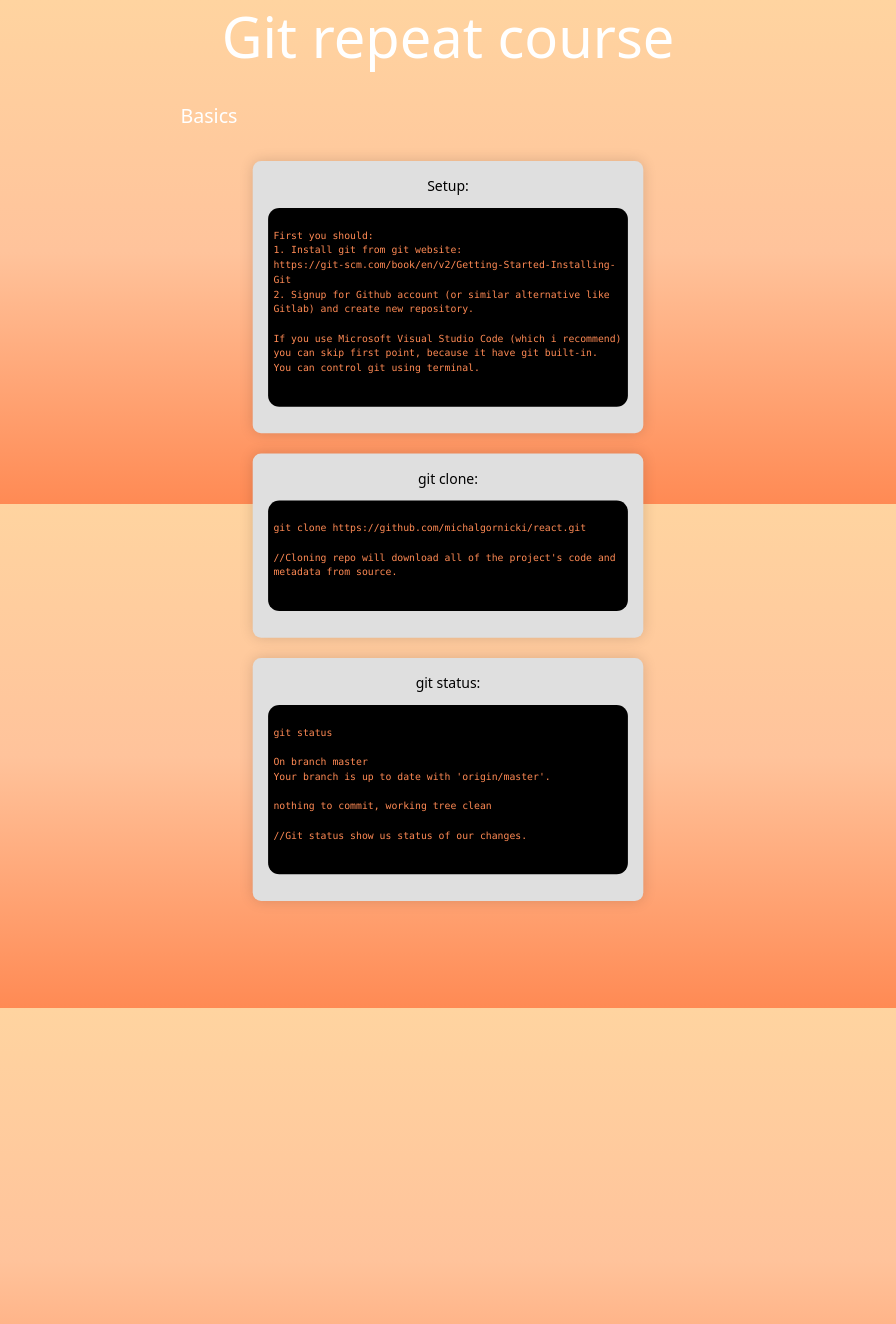
Repository: michalgornicki/git
Page: /
These files come from the project's save history. The page is drawn as it stood at one moment and after a run of saves; the edit follows.
The browser window is 1280 px wide. The pictures show the whole page, at 70% of full size.
Backgrounds fixed to the window are drawn as part of the page. The project was rebuilt for these pictures with package versions that can differ from the ones it lists, and the page was loaded fresh each time. Imported but missing from the stored project, and not drawn on this page: src/components/DOM manipulation.jsx, src/components/async.jsx, src/components/loops.jsx, src/components/numbers.jsx, src/components/variables.jsx, src/components/window.jsx.

Above is the page before, as saved 2022-02-10 08:02:34.

After the next 4 saves:
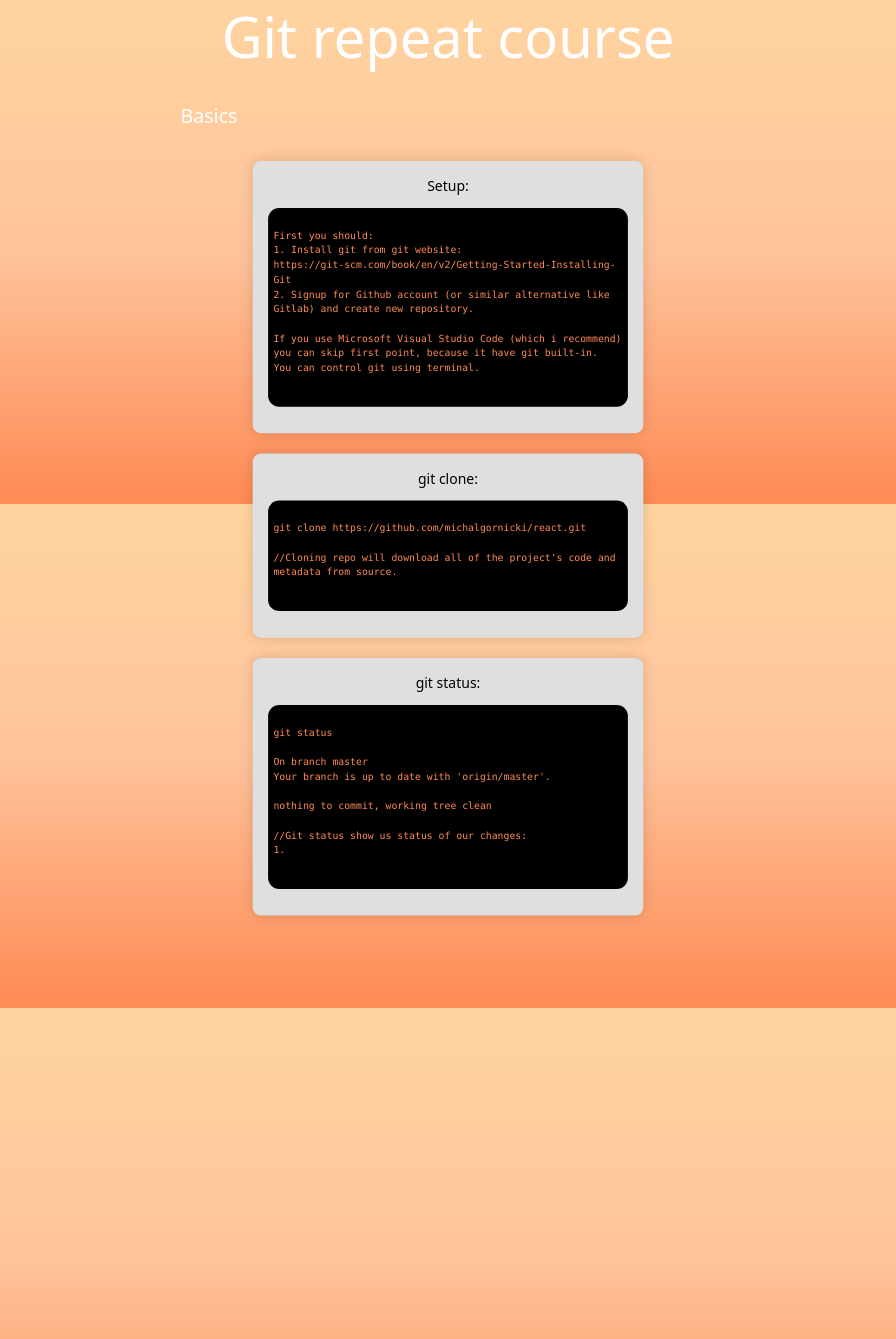
The 4 saves are shown as one change because they came seconds apart.
The last was saved 8 s later.
--- a/src/components/arrays.jsx
+++ b/src/components/arrays.jsx
@@ -41,7 +41,8 @@ Your branch is up to date with 'origin/master'.
 
 nothing to commit, working tree clean
 
-//Git status show us status of our changes.
+//Git status show us status of our changes:
+1.
           `}</pre>
           </div>
       </div>
